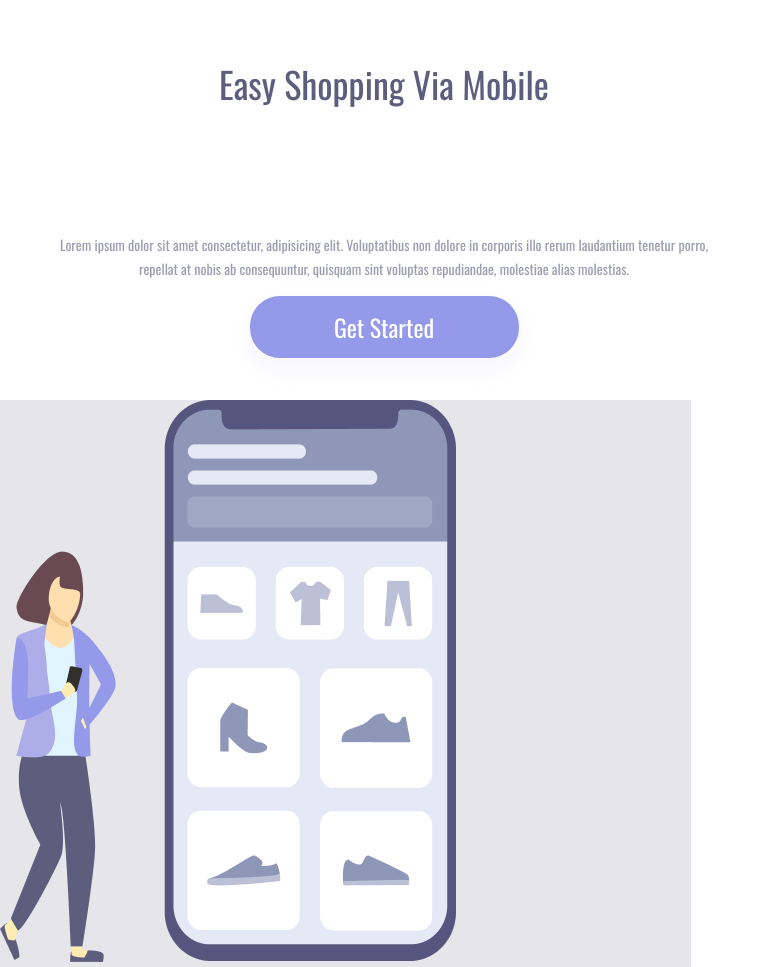
Repository: DihOliver/Projeto-Responsivo
Page: index.html
The author's editor kept a copy of each file at every save. The page is drawn from the files as they stood at one save, then again after the next save.
The browser window is 768 px wide. The pictures show the whole page.
Some web fonts or font styles are not loaded; a fallback is used.

Above is the page before, as saved 2023-06-26 16:06:29.

### index.html
<!DOCTYPE html>
<html lang="en">
  <head>
    <meta charset="UTF-8" />
    <meta http-equiv="X-UA-Compatible" content="IE=edge" />
    <meta name="viewport" content="width=device-width, initial-scale=1.0" />
    <link rel="stylesheet" href="./styles.css" />
    <link rel="preconnect" href="https://fonts.googleapis.com" />
    <link rel="preconnect" href="https://fonts.gstatic.com" crossorigin />
    <link
      href="https://fonts.googleapis.com/css2?family=Montserrat:ital,wght@0,500;0,600;0,700;0,900;1,400&family=Oswald&family=Poppins:wght@400;500;700&family=Roboto:wght@400;500;700&family=Tilt+Prism&display=swap"
      rel="stylesheet"
    />
    <title>Css - Responsividade</title>
  </head>
  <body>
    <div class="wrapper">
      <section class="container-left">
        <h1>Easy Shopping Via Mobile</h1>
        <p>
          Lorem ipsum dolor sit amet consectetur, adipisicing elit. Voluptatibus
          non dolore in corporis illo rerum laudantium tenetur porro, repellat
          at nobis ab consequuntur, quisquam sint voluptas repudiandae,
          molestiae alias molestias.
        </p>
        <button>Get Started</button>
      </section>
      <section class="container-rigth">
        <header>
          <a>Home</a>
          <a>Work</a>
          <a>About</a>
          <a>Contact</a>
        </header>
        <img alt="Girl=cellphone.png" src="./img/girl-cellphone.png" />
      </section>
    </div>
  </body>
</html>

### styles.css
*{
    margin: 0;
    padding: 0;
    box-sizing: border-box;
    font-family: 'Oswald', sans-serif;
    font-weight: 400;
}

.wrapper {
    height: 100vh;
    width: 100vw;

}

.container-left {
    display: inline-block;
    width: 60%;
    padding: 136px;
    margin-top: 25%;


}


.container-rigth {
    display: inline-block;
    background-color: rgba(93,93,125,0.16);
    height: 100vh;
    position: absolute;
    width: 540px;
    width: 40%;


}

img {
    position: relative;
    top: 25%;
    right: 130px;
}

h1 {
    font-weight: 0px;
    font-size: 70px;
    line-height: 80px;
    color: #5D5D7D;
    width: 368px;
    height: 160px;
    width: 368px;

}

p {
    font-size: 28px;
    line-height: 48px;
    color: #5D5D7D;
    opacity: 0.6;
    margin: 15px 0;
    width: 540px;

}

button {
    width: 269px;
    height: 62px;
    background: #9499EA;
    font-size: 24px;
    line-height: 36px;
    text-align: center;
    box-shadow: 0px 10px 24px rgba(148, 153, 234, 0.0979959);
    color: #FFFFFF;
    border: none;
    border-radius: 30px;
    cursor: pointer;
    }

    button:hover {
        opacity: .8;
    }

    button:active {
        opacity: .5;
    }

    a {
        font-size: 28px;
        line-height: 41px;
        color: #5D5D7D;
        margin: 41px;
        cursor: pointer;
    }

    a:nth-child(2) {
        opacity: 0.4;

    }

    a:hover {
        opacity: 0.4;
    }

    a:active {
        opacity: 0.8;
    }

    header {
        margin: 24px 0 0 57px;
    }

    @media screen and (max-width: 900px) {
        .container-left {
            width: 100%;
            height: 50%;
            padding: 0;
            margin: 0;
        }

        .container-rigth {
            display: block;
            height: auto;
            width: 90%;
            position: static;
        }

        img {
            position: static;
            width: 80;
        }

        header {
            display: none;
        }

        h1 {
            font-size:36px;
            line-height: 52px;
            width: auto;
            margin: 58px 50px 0 50px;
            text-align: center;
        }

        p {
            text-align: center;
            margin: 15px 40px;
            width: auto;
            font-size: 14px;
            line-height: 24px;
        }

        button {
            margin: auto;
            display: block;
        }



    }

After the next save:
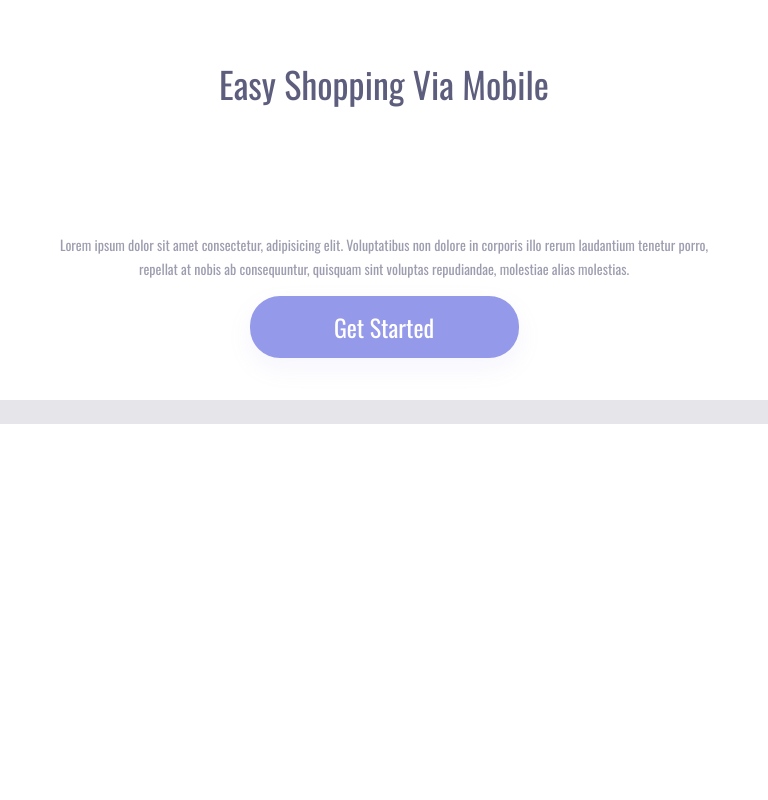
Saved 7 s later.
--- a/styles.css
+++ b/styles.css
@@ -118,13 +118,13 @@ button {
         .container-rigth {
             display: block;
             height: auto;
-            width: 90%;
+            width: 100%;
             position: static;
         }
 
         img {
             position: static;
-            width: 80;
+            width: 0;
         }
 
         header {
